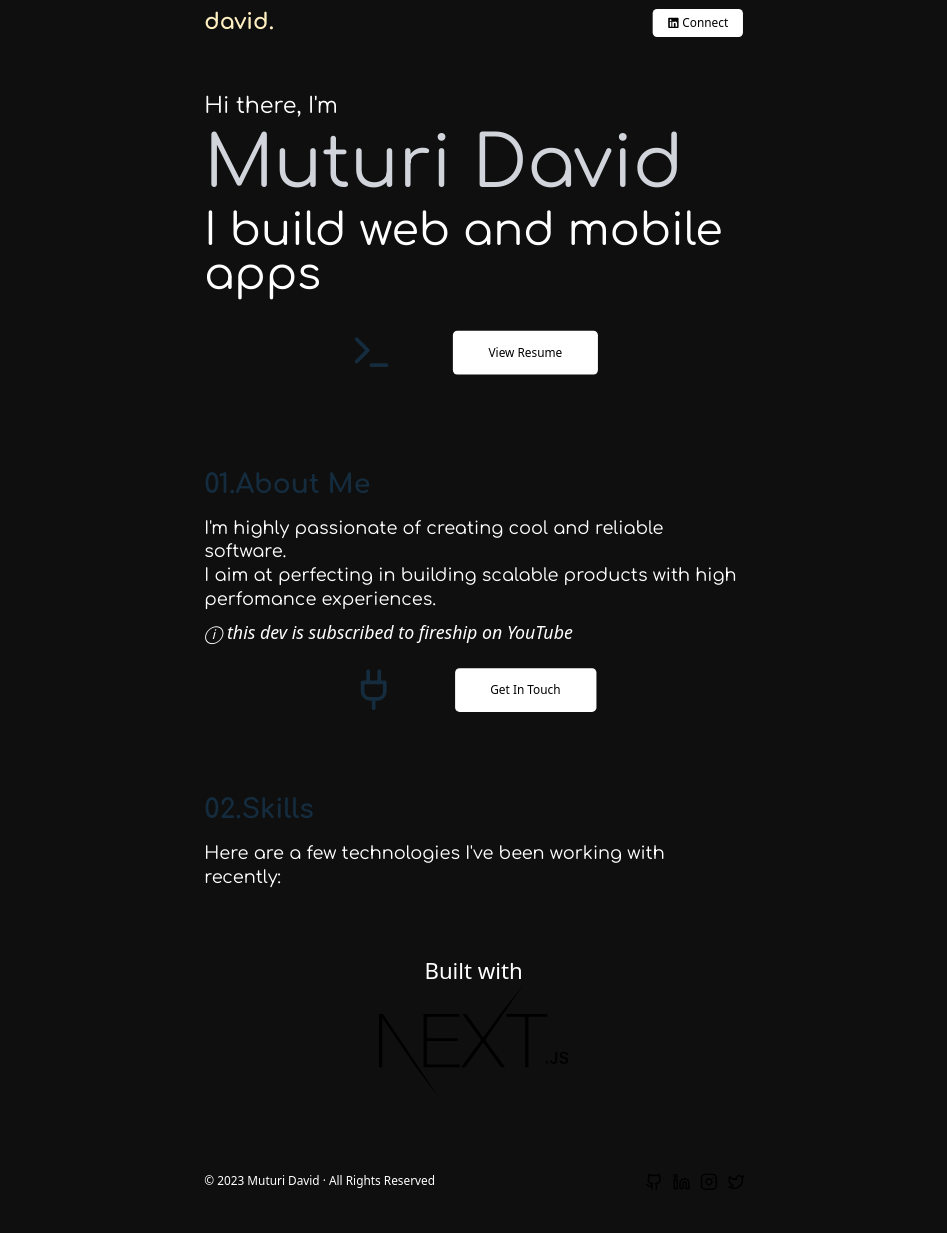
Repository: tushcmd/tushdev-portfolio
Page: /
The author's editor kept a copy of each file at every save. The page is drawn from the files as they stood at one save, then again after the next save.
The browser window is 1280 px wide. The pictures show the whole page, at 74% of full size.
The project was rebuilt for these pictures with package versions that can differ from the ones it lists, and the page was loaded fresh each time. The framework's server and built-in components were replaced by stand-ins that run in the browser. Also part of the build but not shown: next.config.js.

Above is the page before, as saved 2023-12-15 15:04:12.

### app/layout.tsx
import type { Metadata } from 'next'
import { Inter } from 'next/font/google'
import './globals.css'

const inter = Inter({ subsets: ['latin'] })

export const metadata: Metadata = {
  title: 'Muturi | Software Engineer',
  description: 'This is my Portfolio',

}

export default function RootLayout({
  children,
}: {
  children: React.ReactNode
}) {
  return (
    <html lang="en">
      <head>
        <link rel="icon" href="./public/favicon.ico" />
      </head>
      <body className={`{inter.className} bg-primary w-full overflow-visible`} >{children}</body>
    </html>
  )
}

### app/page.tsx
import Navbar from '@/app/ui/nav';
import Hero from '@/app/ui/hero';
import About from './ui/about';
import Skills from '@/app/ui/skills'
import Footer from './ui/footer';

export default function Page() {
  return (
    <main>
      <Navbar />
      <Hero />
      <About />
      <Skills />
      <Footer />
    </main>
  );
}

### app/ui/nav.tsx
import Link from 'next/link';
import { comfortaa } from '@/app/ui/fonts';

export default async function Navbar() {
  return (
    <div className='flex justify-center items-center'>
      <div className='flex items-start md:max-w-3xl py-3 w-full md:px-5 px-5 justify-between'>
        <Link
          href='/'
          className={`${comfortaa.className} antialiased font-bold text:2xl md:text-3xl text-logo`}
        >
          david<span>.</span>
        </Link>
        <div className='flex items-center gap-2'>
          <a
            href='https://www.linkedin.com/in/muturi-david-44b505208/'
            target='_blank'
            rel='_noreferrer'
            className='flex items-center gap-1 md:hover:bg-slate-200 rounded-md px-5 bg-white text-black font-medium py-[0.45rem]'
          >
            <svg
              stroke='currentColor'
              fill='currentColor'
              stroke-width='0'
              viewBox='0 0 448 512'
              className='mt-[0.03rem]'
              height='1em'
              width='1em'
              xmlns='http://www.w3.org/2000/svg'
            >
              <path d='M416 32H31.9C14.3 32 0 46.5 0 64.3v383.4C0 465.5 14.3 480 31.9 480H416c17.6 0 32-14.5 32-32.3V64.3c0-17.8-14.4-32.3-32-32.3zM135.4 416H69V202.2h66.5V416zm-33.2-243c-21.3 0-38.5-17.3-38.5-38.5S80.9 96 102.2 96c21.2 0 38.5 17.3 38.5 38.5 0 21.3-17.2 38.5-38.5 38.5zm282.1 243h-66.4V312c0-24.8-.5-56.7-34.5-56.7-34.6 0-39.9 27-39.9 54.9V416h-66.4V202.2h63.7v29.2h.9c8.9-16.8 30.6-34.5 62.9-34.5 67.2 0 79.7 44.3 79.7 101.9V416z'></path>
            </svg>
            Connect
          </a>
        </div>
      </div>
    </div>
  );
}

### app/ui/hero.tsx
import { opensans } from '@/app/ui/fonts';
import { inter } from '@/app/ui/fonts';
import { comfortaa } from '@/app/ui/fonts';
import hero from '@/constants/hero';
import { Terminal } from 'lucide-react';

export default async function Hero() {
  return (
    <section className='relative flex flex-col justify-center items-center md:py-16 py-6 overflow-auto'>
      <div className='flex items-start flex-col md:max-w-3xl pb-6 w-full md:px-5 px-5 justify-between'>
        <p className={`${comfortaa.className} text-3xl text-white pb-3`}>
          Hi there, I&apos;m
        </p>
        <h6
          className={`${comfortaa.className} text-5xl md:text-8xl text-[#D1D5DB] text-bold pb-3`}
        >
          {hero.name}
        </h6>
        <p className={`${comfortaa.className} text-4xl md:text-6xl text-white`}>
          {hero.paragraph}
        </p>
      </div>
      <div className='flex flex-row md:max-w-3xl pt-3 md:pt-5 pb-3 w-full md:px-5 px-5 justify-center space-x-5 md:space-x-20'>
        <svg
          xmlns='http://www.w3.org/2000/svg'
          width='60'
          height='60'
          viewBox='0 0 24 24'
          fill='none'
          stroke='#142c3e'
          stroke-width='2'
          stroke-linecap='round'
          stroke-linejoin='round'
          className='lucide lucide-terminal'
        >
          <polyline points='4 17 10 11 4 5' />
          <line x1='12' x2='20' y1='19' y2='19' />
        </svg>
        <div className='flex items-center gap-2'>
          <a
            href='/'
            target='_blank'
            rel='_noreferrer'
            className='flex items-center gap-1 md:hover:bg-slate-200 rounded-md px-12 bg-white text-black font-medium py-[1.08rem]'
          >
            View Resume
          </a>
        </div>
      </div>
    </section>
  );
}

### app/ui/about.tsx
import { comfortaa } from '@/app/ui/fonts';
import about from '@/constants/about';

export default async function About() {
  return (
    <section className='relative flex flex-col justify-center items-center pt-3'>
      <div className='flex items-start flex-col md:max-w-3xl py-10 w-full md:px-5 px-5 justify-between'>
        <h6
          className={`${comfortaa.className} text-[#142c3e] font-bold text-4xl pb-6`}
        >
          01.About Me
        </h6>
        <p className={`${comfortaa.className} text-white text-2xl`}>
          I&apos;m {about.paragraph} <br />
          {about.paragraph2}
        </p>
        <i className='text-white text-2xl py-3'>ⓘ this dev is subscribed to fireship on YouTube </i>
        <div className='flex flex-row md:max-w-3xl pt-3 md:py-5 py-10 w-full md:px-5 px-5 justify-center space-x-12 md:space-x-20'>
          <svg
            xmlns='http://www.w3.org/2000/svg'
            width='60'
            height='60'
            viewBox='0 0 24 24'
            fill='none'
            stroke='#142c3e'
            stroke-width='2'
            stroke-linecap='round'
            stroke-linejoin='round'
            className='lucide lucide-plug'
          >
            <path d='M12 22v-5' />
            <path d='M9 8V2' />
            <path d='M15 8V2' />
            <path d='M18 8v5a4 4 0 0 1-4 4h-4a4 4 0 0 1-4-4V8Z' />
          </svg>
          <div className='flex items-center gap-2'>
            <a
              href='mailto:muturidavid854@gmail.com'
              target='_blank'
              rel='_noreferrer'
              className='flex items-center gap-1 md:hover:bg-slate-200 text-xm md:text-base rounded-md px-12 bg-white text-black font-medium py-[1.08rem]'
            >
              Get In Touch
            </a>
          </div>
        </div>
      </div>
    </section>
  );
}

### app/ui/skills.tsx
import { comfortaa } from './fonts';

export default async function About() {
  return (
    <section className='relative flex flex-col justify-center items-center pt-3'>
      <div className='flex items-start flex-col md:max-w-3xl py-10 w-full md:px-5 px-5 justify-between'>
        <h6
          className={`${comfortaa.className} text-[#142c3e] font-bold text-4xl pb-6`}
        >
          02.Skills
        </h6>
        <p className={`${comfortaa.className} text-white text-2xl`}>
          Here are a few technologies I&apos;ve been working with recently:
        </p>
        {/*  <div className='flex-auto'>
        <div className='flex items-center gap-2'>
          <div className='flex items-center gap-1 md:hover:bg-slate-200 rounded-md px-5 bg-white text-black font-medium py-[0.45rem]'>
            <svg
              stroke='currentColor'
              fill='currentColor'
              stroke-width='0'
              viewBox='0 0 448 512'
              className='mt-[0.03rem]'
              height='1em'
              width='1em'
              xmlns='http://www.w3.org/2000/svg'
            >
              <path d='M416 32H31.9C14.3 32 0 46.5 0 64.3v383.4C0 465.5 14.3 480 31.9 480H416c17.6 0 32-14.5 32-32.3V64.3c0-17.8-14.4-32.3-32-32.3zM135.4 416H69V202.2h66.5V416zm-33.2-243c-21.3 0-38.5-17.3-38.5-38.5S80.9 96 102.2 96c21.2 0 38.5 17.3 38.5 38.5 0 21.3-17.2 38.5-38.5 38.5zm282.1 243h-66.4V312c0-24.8-.5-56.7-34.5-56.7-34.6 0-39.9 27-39.9 54.9V416h-66.4V202.2h63.7v29.2h.9c8.9-16.8 30.6-34.5 62.9-34.5 67.2 0 79.7 44.3 79.7 101.9V416z'></path>
            </svg>
            HTML5
          </div>
          <div className='flex items-center gap-1 md:hover:bg-slate-200 rounded-md px-5 bg-white text-black font-medium py-[0.45rem]'>
            <svg
              stroke='currentColor'
              fill='currentColor'
              stroke-width='0'
              viewBox='0 0 448 512'
              className='mt-[0.03rem]'
              height='1em'
              width='1em'
              xmlns='http://www.w3.org/2000/svg'
            >
              <path d='M416 32H31.9C14.3 32 0 46.5 0 64.3v383.4C0 465.5 14.3 480 31.9 480H416c17.6 0 32-14.5 32-32.3V64.3c0-17.8-14.4-32.3-32-32.3zM135.4 416H69V202.2h66.5V416zm-33.2-243c-21.3 0-38.5-17.3-38.5-38.5S80.9 96 102.2 96c21.2 0 38.5 17.3 38.5 38.5 0 21.3-17.2 38.5-38.5 38.5zm282.1 243h-66.4V312c0-24.8-.5-56.7-34.5-56.7-34.6 0-39.9 27-39.9 54.9V416h-66.4V202.2h63.7v29.2h.9c8.9-16.8 30.6-34.5 62.9-34.5 67.2 0 79.7 44.3 79.7 101.9V416z'></path>
            </svg>
            HTML5
          </div>
          <div className='flex items-center gap-1 md:hover:bg-slate-200 rounded-md px-5 bg-white text-black font-medium py-[0.45rem]'>
            <svg
              stroke='currentColor'
              fill='currentColor'
              stroke-width='0'
              viewBox='0 0 448 512'
              className='mt-[0.03rem]'
              height='1em'
              width='1em'
              xmlns='http://www.w3.org/2000/svg'
            >
              <path d='M416 32H31.9C14.3 32 0 46.5 0 64.3v383.4C0 465.5 14.3 480 31.9 480H416c17.6 0 32-14.5 32-32.3V64.3c0-17.8-14.4-32.3-32-32.3zM135.4 416H69V202.2h66.5V416zm-33.2-243c-21.3 0-38.5-17.3-38.5-38.5S80.9 96 102.2 96c21.2 0 38.5 17.3 38.5 38.5 0 21.3-17.2 38.5-38.5 38.5zm282.1 243h-66.4V312c0-24.8-.5-56.7-34.5-56.7-34.6 0-39.9 27-39.9 54.9V416h-66.4V202.2h63.7v29.2h.9c8.9-16.8 30.6-34.5 62.9-34.5 67.2 0 79.7 44.3 79.7 101.9V416z'></path>
            </svg>
            HTML5
          </div>
        </div>
      </div> */}
      </div>
    </section>
  );
}

### app/ui/footer.tsx
import { Github } from 'lucide-react';
import { Linkedin } from 'lucide-react';
import { Instagram } from 'lucide-react';
import { Twitter } from 'lucide-react';

export default async function Footer() {
  return (
    <section className='relative flex flex-col justify-center items-center pt-3'>
      <div className='flex flex-col py-10 md:max-w-3xl items-center justify-center'>
        <p className='text-3xl text-white'>Built with</p>
        <svg
          height='154.5'
          preserveAspectRatio='xMidYMid'
          viewBox='0 0 512 309'
          width='256'
          xmlns='http://www.w3.org/2000/svg'
        >
          <path d='m120.81043 80.5613102h96.567895v7.6753487h-87.715838v57.7670991h82.485077v7.675348h-82.485077v63.422619h88.721754v7.675348h-97.573811zm105.21877 0h10.260338l45.467384 63.4226188 46.4733-63.4226188 63.211264-80.5613102-103.850254 150.649363 53.514709 74.12771h-10.662704l-48.686315-67.462275-48.887497 67.462275h-10.461521l53.917074-74.12771zm118.899221 7.6753486v-7.6753486h110.047164v7.6753487h-50.698145v136.5404141h-8.852058v-136.5404141zm-344.928421-7.6753486h11.0650714l152.5808586 228.3226968-63.054372-84.106934-91.33713469-133.3086883-.40236623 133.3086883h-8.85205708zm454.083705 134.2241588c-1.808538 0-3.164943-1.401289-3.164943-3.212184 0-1.810897 1.356405-3.212186 3.164943-3.212186 1.830069 0 3.164943 1.401289 3.164943 3.212186 0 1.810895-1.334874 3.212184-3.164943 3.212184zm8.69821-8.450851h4.736648c.06459 2.565437 1.937721 4.290101 4.693588 4.290101 3.078821 0 4.822769-1.854014 4.822769-5.324899v-21.989457h4.82277v22.011016c0 6.251906-3.617077 9.852139-9.602478 9.852139-5.619388 0-9.473297-3.492442-9.473297-8.8389zm25.38413-.280256h4.779709c.409074 2.953486 3.294124 4.829057 7.449457 4.829057 3.875441 0 6.717429-2.004921 6.717429-4.764383 0-2.371411-1.808538-3.794259-5.920812-4.764383l-4.004619-.970122c-5.619389-1.315057-8.181486-4.031402-8.181486-8.601759 0-5.540482 4.521348-9.226949 11.303367-9.226949 6.308355 0 10.915822 3.686467 11.195715 8.925132h-4.693588c-.452134-2.867252-2.949641-4.65659-6.566718-4.65659-3.810849 0-6.351414 1.832454-6.351414 4.635033 0 2.220503 1.636295 3.492442 5.683978 4.441008l3.423305.840772c6.372946 1.487524 8.999632 4.074517 8.999632 8.752668 0 5.950089-4.607467 9.679672-11.970803 9.679672-6.889671 0-11.518667-3.557118-11.863152-9.119156z' />
        </svg>
      </div>
      <div className='flex items-center flex-col md:max-w-3xl md:flex-row-reverse py-10 w-full md:px-5 px-5 justify-between border-t-0'>
        <div className='flex space-x-4 py-5 flex-row'>
          <a
            href='#'
            className='w-[21px] h-[21px] object-contain cursor-pointer'
          >
            <Github />
          </a>
          <a
            href='#'
            className='w-[21px] h-[21px] object-contain cursor-pointer'
          >
            <Linkedin />
          </a>
          <a
            href='#'
            className='w-[21px] h-[21px] object-contain cursor-pointer'
          >
            <Instagram />
          </a>
          <a
            href='#'
            className='w-[21px] h-[21px] object-contain cursor-pointer'
          >
            <Twitter />
          </a>
        </div>
        <div>
          <p className='text-white text-base '>
            <span>&copy;</span> 2023 Muturi David · All Rights Reserved
          </p>
        </div>
      </div>
    </section>
  );
}

### app/ui/fonts.ts
import { Inter, Comfortaa, Open_Sans } from 'next/font/google';

export const inter = Inter({ subsets: ['latin'] });

export const comfortaa = Comfortaa({
  weight: ['400', '700'],
  subsets: ['latin'],
});

export const opensans = Open_Sans({
    weight: ['300', '400', '500', '600', '700', '800'],
    subsets: ['latin']
});

### constants/hero.ts
interface Hero {
    greet: string;
    name: string;
    paragraph: string;
}

const hero: Hero = {
    greet: 'Hi there, I am',
    name: 'Muturi David',
    paragraph: `I build web and mobile
    apps`,
};

export default hero;

### constants/about.ts
interface About {
    paragraph: string;
    paragraph2: string;
}

const about: About = {
    paragraph: ' highly passionate of creating cool and reliable software.',
    paragraph2: 'I aim at perfecting in building scalable products with high perfomance experiences. ',
};

export default about;

### tailwind.config.ts
import type { Config } from 'tailwindcss'

const config: Config = {
  content: [
    './pages/**/*.{js,ts,jsx,tsx,mdx}',
    './components/**/*.{js,ts,jsx,tsx,mdx}',
    './app/**/*.{js,ts,jsx,tsx,mdx}',
  ],
  theme: {
    extend: {
      colors: {
        primary: "#0F0F0F",
        heading: "#FFFFFF",
        logo: "#FFF0C1",
        dimGray: "D1D5DB",
        iconBg: '#9CA3AF',
        iconText: '202020',
      },
      screens: {
        sm: '480px',
        md: '768px',
        lg: '976px',
        xl: '1440px',
      },
    },
  },
  plugins: [],
}
export default config

Loaded but not shown: app/globals.css (common file)

After the next save:
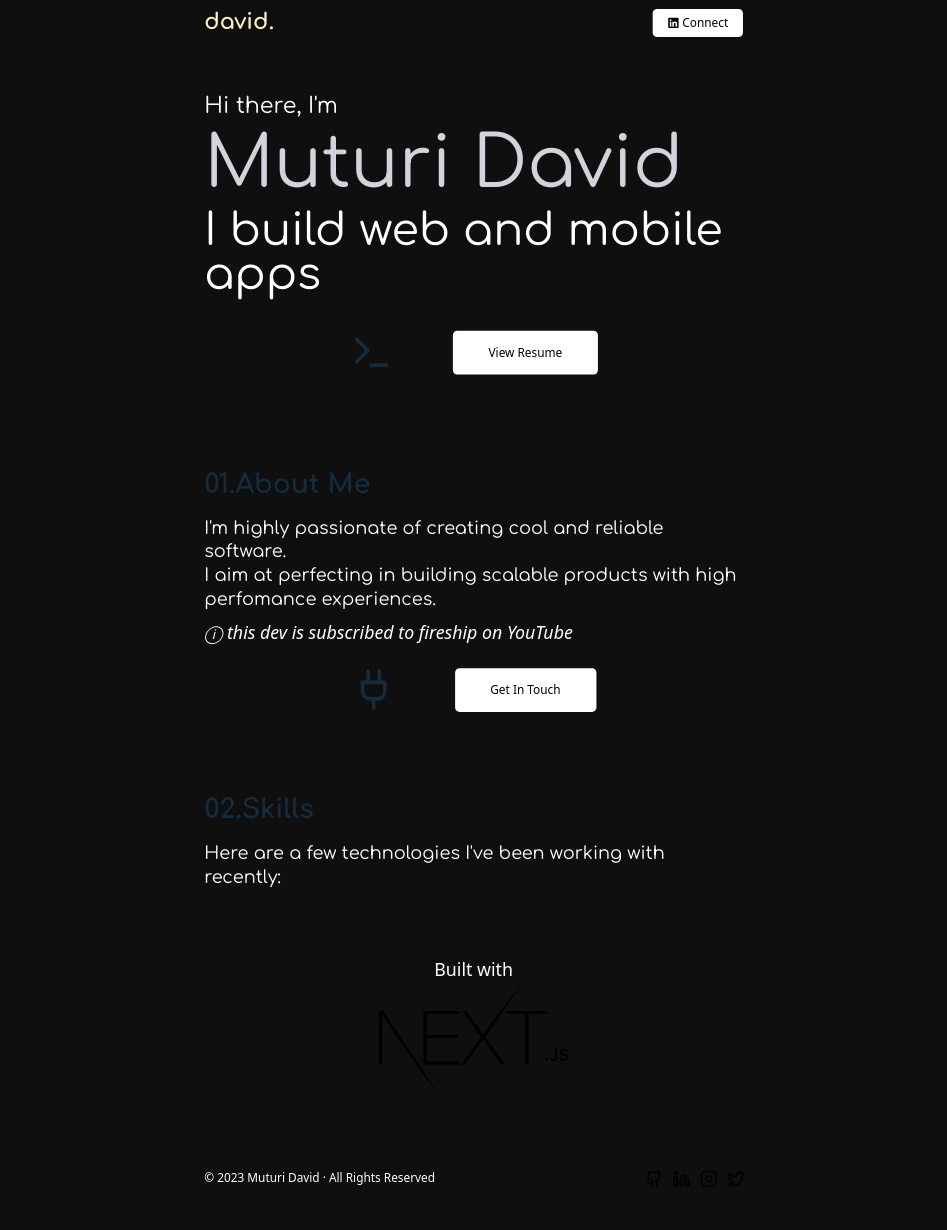
Saved 15 s later.
--- a/app/ui/footer.tsx
+++ b/app/ui/footer.tsx
@@ -7,7 +7,7 @@ export default async function Footer() {
   return (
     <section className='relative flex flex-col justify-center items-center pt-3'>
       <div className='flex flex-col py-10 md:max-w-3xl items-center justify-center'>
-        <p className='text-3xl text-white'>Built with</p>
+        <p className='text-2xl text-white'>Built with</p>
         <svg
           height='154.5'
           preserveAspectRatio='xMidYMid'
